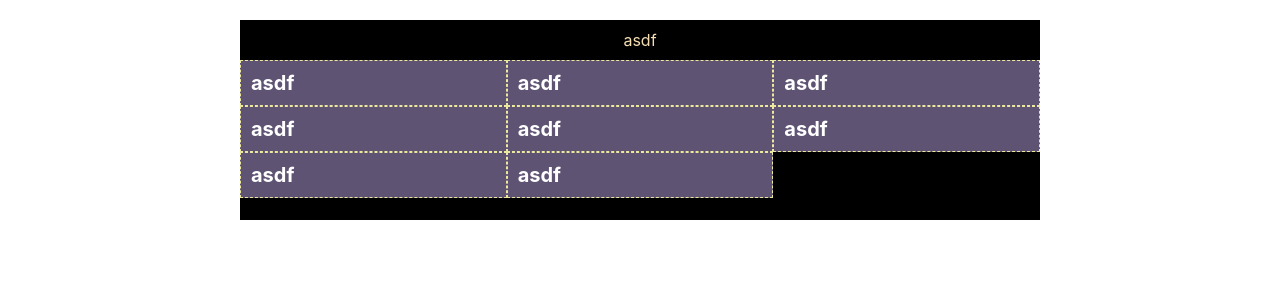
Repository: MiroslavWise/test-gallery
Page: /
An editor plug-in stored every save of this project. The page is shown before and after the next save, followed by the edit.
The browser window is 1280 px wide. The pictures show the whole page.
The page's requests for data from a server got no answer. The project was rebuilt for these pictures with package versions that can differ from the ones it lists, and the page was loaded fresh each time. No one was signed in, and anything a server would have sent is missing.

Above is the page before, as saved 2022-06-22 17:14:08.

### src/index.scss
$mediaDesctop: 1368px;
$mediaMobile: 1024px;

body {
  margin: 0;
  font-family: -apple-system, BlinkMacSystemFont, 'Segoe UI', 'Roboto', 'Oxygen',
    'Ubuntu', 'Cantarell', 'Fira Sans', 'Droid Sans', 'Helvetica Neue',
    sans-serif;
  -webkit-font-smoothing: antialiased;
  -moz-osx-font-smoothing: grayscale;
  display: flex;
  justify-content: center;
  padding-top: 20px;
}

code {
  font-family: source-code-pro, Menlo, Monaco, Consolas, 'Courier New',
    monospace;
}

.container_gallery{
  display: flex;
  flex-direction: column;
  width: 800px;
  background-color: black;
  height: 200px;
}

.filter_author{
  display: inherit;
  color: wheat;
  flex-direction: row;
  justify-content: center;
  padding: 10px;
}
.container_photos{
  display: grid;
  grid-auto-flow: row;
  grid-template: 1fr / repeat(3,1fr);
  justify-content: space-evenly;
  align-content: space-evenly;
}

.grid__item{

  background-color: #5e5373;
  border: 1px dashed #ece89d;
  padding: 10px;
  color: #fff;
  font-size: 20px;
  font-weight: 700;
  }


@media (max-width: $mediaMobile){
  .container_gallery{
    background-color: red;
  }
}

### src/App.js
import { useEffect, useState } from 'react';
import axios from 'axios'
import {PhotoGallery} from './Gallery/PhotoGallery'

function App() {
  const [albums, setAlbums] = useState([])
  const [page, setPage] = useState(0)
  console.log(albums)
  useEffect(()=>{
    axios.get(`https://api.unsplash.com/photos?page=${page}&per_page=9`,
      {
        headers:{
          Authorization: 'Client-ID nzS8A2gg-qkb_Rkk3GWVF3hqC_1-DYO7CnaOCsShYSU'
        }

      }
    )
      .then(data => {
        setAlbums([...albums ,...data?.data])
      })
      .catch(e=>{console.warn(e)})
  }, [page])

  const getPage = () => {
    setPage(page + 1)
  }
  return (
   <>
    <PhotoGallery albums={albums} getPage={getPage}/>
   </>
  );
}

export default App;

### src/Gallery/PhotoGallery.jsx
import React from 'react'

const PhotoGallery = ({albums, getPage}) => {

        return(
                <div className='container_gallery'>
                        <div className='filter_author'>
                                asdf
                        </div>
                        <div className='container_photos'>
                                <div className='grid__item'>asdf</div>
                                <div className='grid__item'>asdf</div>
                                <div className='grid__item'>asdf</div>
                                <div className='grid__item'>asdf</div>
                                <div className='grid__item'>asdf</div>
                                <div className='grid__item'>asdf</div>
                                <div className='grid__item'>asdf</div>
                                <div className='grid__item'>asdf</div>
                        </div>
                </div>
        )
}

export {PhotoGallery}

Loaded but not shown: public/index.html (common file); src/index.js (common file)

After the next save:
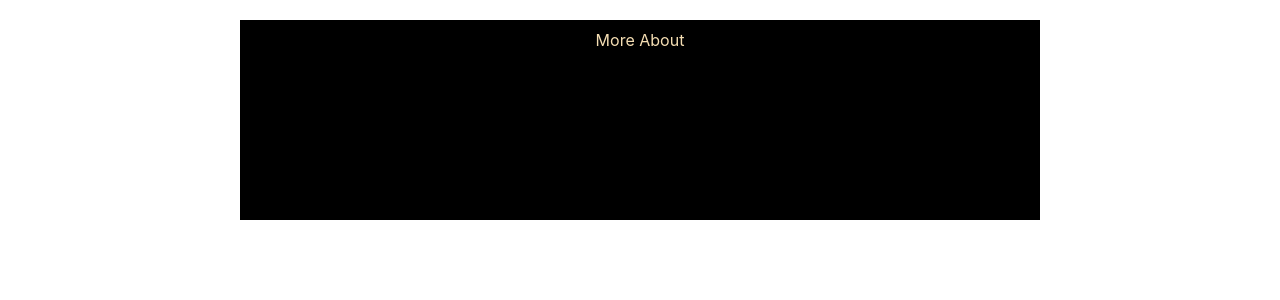
Saved 95 s later.
--- a/src/Gallery/PhotoGallery.jsx
+++ b/src/Gallery/PhotoGallery.jsx
@@ -4,18 +4,13 @@
 
         return(
                 <div className='container_gallery'>
-                        <div className='filter_author'>
-                                asdf
+                        <div className='filter_author' onClick={getPage}>
+                                More About
                         </div>
                         <div className='container_photos'>
-                                <div className='grid__item'>asdf</div>
-                                <div className='grid__item'>asdf</div>
-                                <div className='grid__item'>asdf</div>
-                                <div className='grid__item'>asdf</div>
-                                <div className='grid__item'>asdf</div>
-                                <div className='grid__item'>asdf</div>
-                                <div className='grid__item'>asdf</div>
-                                <div className='grid__item'>asdf</div>
+                                {
+                                        albums.map(i=><div className='grid__item'>asdf</div>)
+                                }
                         </div>
                 </div>
         )
